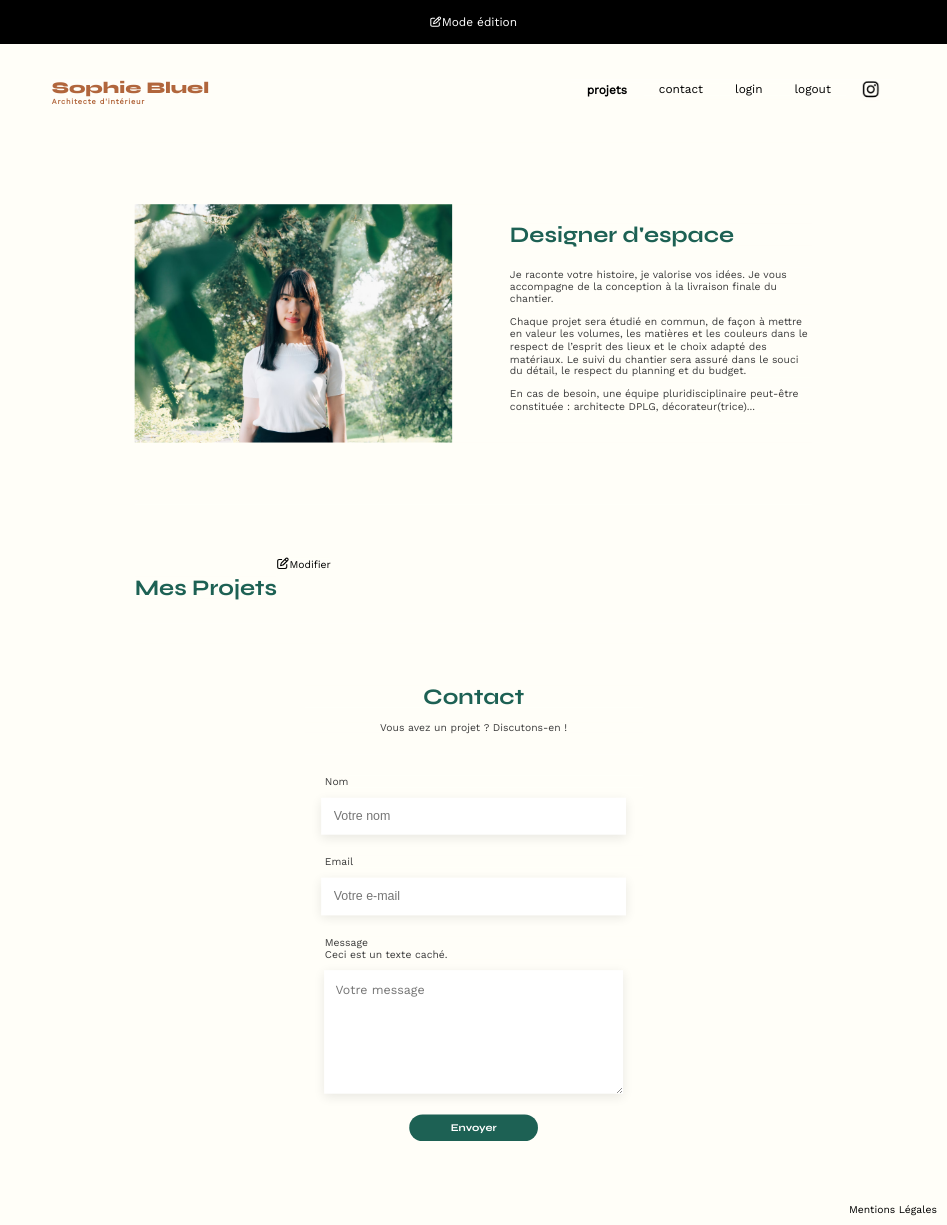
Repository: BlueSoley23/openclassrooms
Page: FrontEnd/index.html
These files come from the project's save history. The page is drawn as it stood at one moment and after the next save; the edit follows.
The browser window is 1280 px wide. The pictures show the whole page, at 74% of full size.
The page's requests for data from a server got no answer.

Above is the page before, as saved 2023-12-21 05:00:07.
Console error: TypeError: categories is not iterable

After the next save:
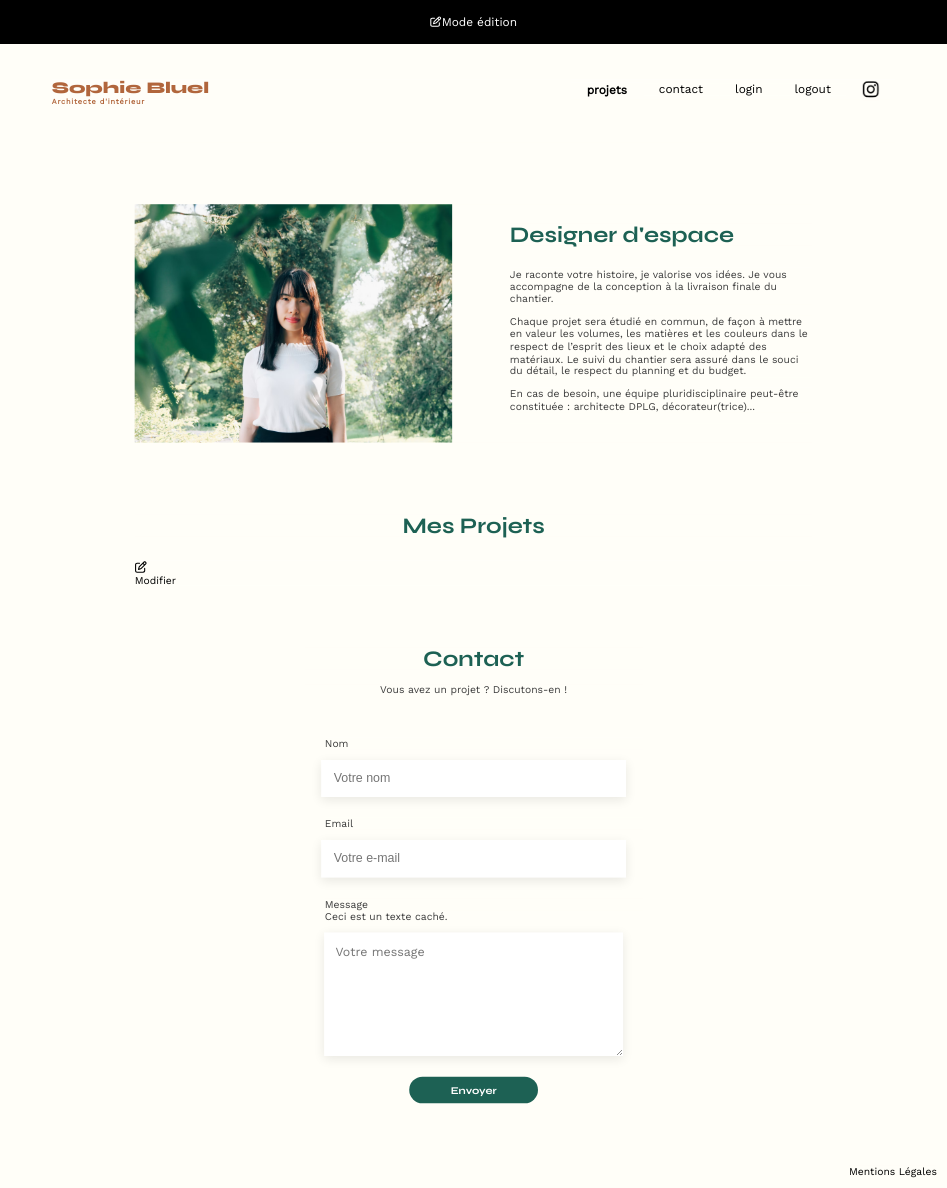
Saved 7 min 0 s later.
--- a/FrontEnd/assets/css/style.css
+++ b/FrontEnd/assets/css/style.css
@@ -576,15 +576,3 @@
 	  .modifier-link__content--icon {
 		color: #000;
 	  }
-
-	  .portfolio__section {
-		display: flex;
-		flex-direction: row;
-		align-items: center;
-	  }
-
-	  .modifier-link__content {
-		display: flex;
-		flex-direction: row;
-		align-items: center;
-	  }
